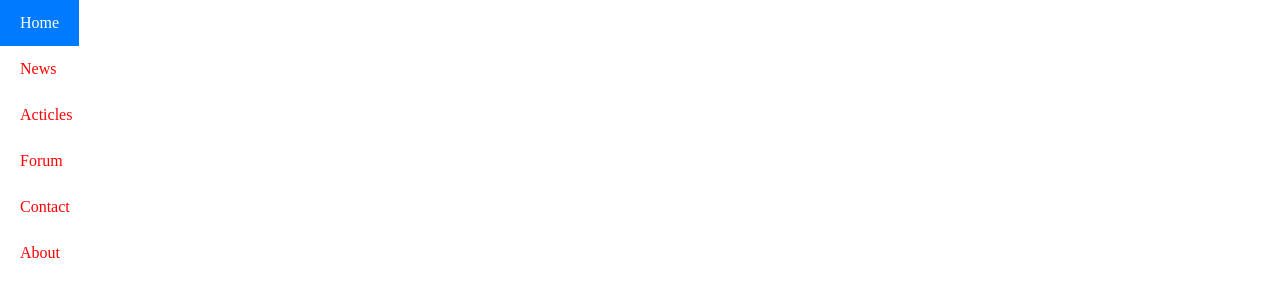
Repository: G1tHub-zer0/BTTH
Page: BTCSS/bai16+20.html
These files come from the project's save history. The page is drawn as it stood at one moment and after the next save; the edit follows.
The browser window is 1280 px wide. The pictures show the whole page.

Above is the page before, as saved 2024-03-22 19:45:40.

### BTCSS/bai16+20.html
<!DOCTYPE html>
<html lang='en'>

<head>
    <meta charset='UTF-8'>
    <meta http-equiv='X-UA-Compatible' content='IE=edge'>
    <meta name='viewport' content='width=device-width, initial-scale=1.0'>
    <link rel='stylesheet' href='bai16+20.css'>
    <title></title>
</head>

<body>
    <ul class="menu">
        <li><a href="#">Home</a></li>
        <li><a href="#">News</a></li>
        <li><a href="#">Acticles</a></li>
        <li><a href="#">Forum</a></li>
        <li><a href="#">Contact</a></li>
        <li>
            <a href="#">About</a>
            <ul class="submenu">
                <li><a href="#">History</a></li>
                <li><a href="#">Team</a></li>
                <li><a href="#">Mission</a></li>
            </ul>
        </li>
    </ul>
</body>

</html>

### BTCSS/bai16+20.css
body {
  margin: 0;
  padding: 0;
  box-sizing: border-box;
}
.menu {
  width: 100px;
  list-style-type: none;
  margin: 0;
  padding: 0;
  background-color: blue;
}
.menu li {
  float: left;
}
.menu li a {
  display: block;
  color: red;
  text-align: center;
  padding: 14px 20px;
  text-decoration: none;
}

.menu li a:hover {
  background-color: #007bff;
  color: white;
}
.submenu {
  list-style-type: none;
  display: none;
  position: absolute;
  background-color: #333;
  min-width: 160px;
}

.menu li:hover .submenu {
  display: block;
}

.submenu li {
  float: none;
}

.submenu li a {
  padding: 12px 16px;
}
.submenu li a:hover {
  background-color: #ddd;
}

After the next save:
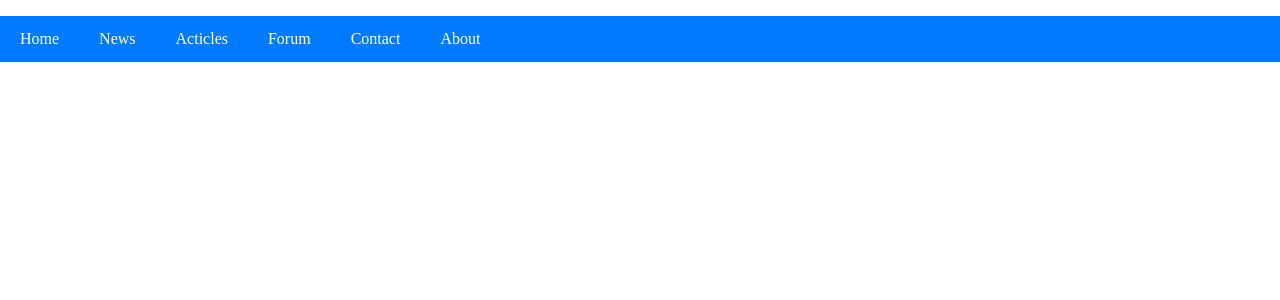
Saved 2 min 2 s later.
--- a/BTCSS/bai16+20.css
+++ b/BTCSS/bai16+20.css
@@ -3,34 +3,38 @@ body {
   padding: 0;
   box-sizing: border-box;
 }
+
 .menu {
-  width: 100px;
+  width: 100%;
+  background-color: #007bff; /* Màu nền của menu */
+  padding: 0;
   list-style-type: none;
-  margin: 0;
-  padding: 0;
-  background-color: blue;
+  overflow: hidden; /* Loại bỏ viền trên và dưới của menu */
 }
+
 .menu li {
   float: left;
 }
+
 .menu li a {
   display: block;
-  color: red;
+  color: white;
   text-align: center;
   padding: 14px 20px;
   text-decoration: none;
 }
 
 .menu li a:hover {
-  background-color: #007bff;
-  color: white;
+  background-color: #0056b3; /* Màu nền khi hover */
 }
+
 .submenu {
   list-style-type: none;
   display: none;
   position: absolute;
   background-color: #333;
   min-width: 160px;
+  z-index: 1; /* Đảm bảo submenu hiển thị trên các phần tử khác */
 }
 
 .menu li:hover .submenu {
@@ -43,7 +47,12 @@ body {
 
 .submenu li a {
   padding: 12px 16px;
+  color: white;
+  text-decoration: none;
+  display: block;
 }
+
 .submenu li a:hover {
   background-color: #ddd;
+  color: black;
 }
